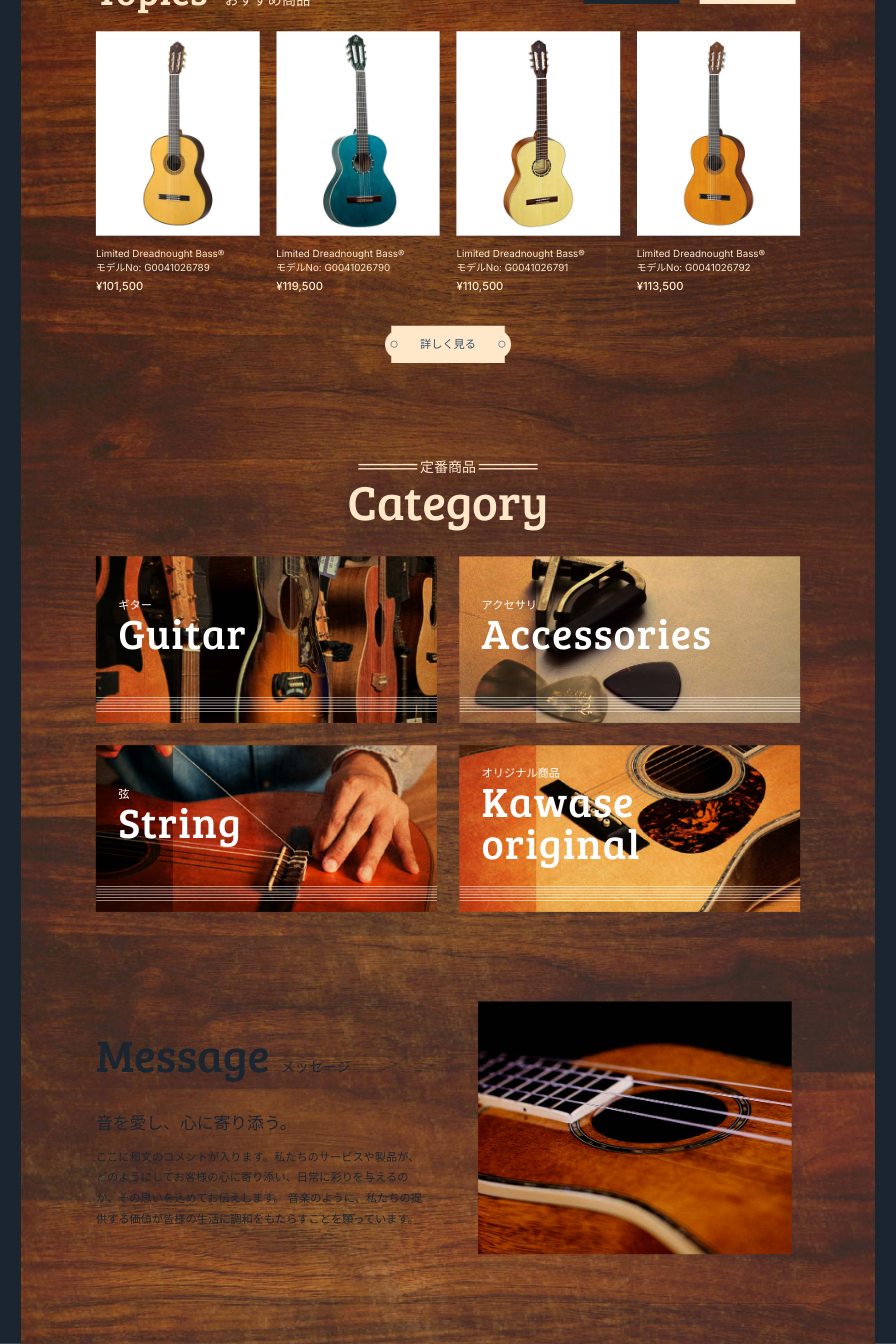
Repository: hyms035k/-----
Page: index.html
The author's editor kept a copy of each file at every save. The page is drawn from the files as they stood at one save, then again after the next save.
The browser window is 1280 px wide. The pictures show the part of the page from y = 1514 to 3434 px (the page is 3434 px tall), at 70% of full size.
Some web fonts or font styles are not loaded; a fallback is used. Some web libraries are served in a nearby version. The style sheet was rebuilt from its Sass, Less or Tailwind sources for each picture, by a compiler version that may differ from the author's.

Above is the page before, as saved 2025-06-05 16:56:01.

After the next save:
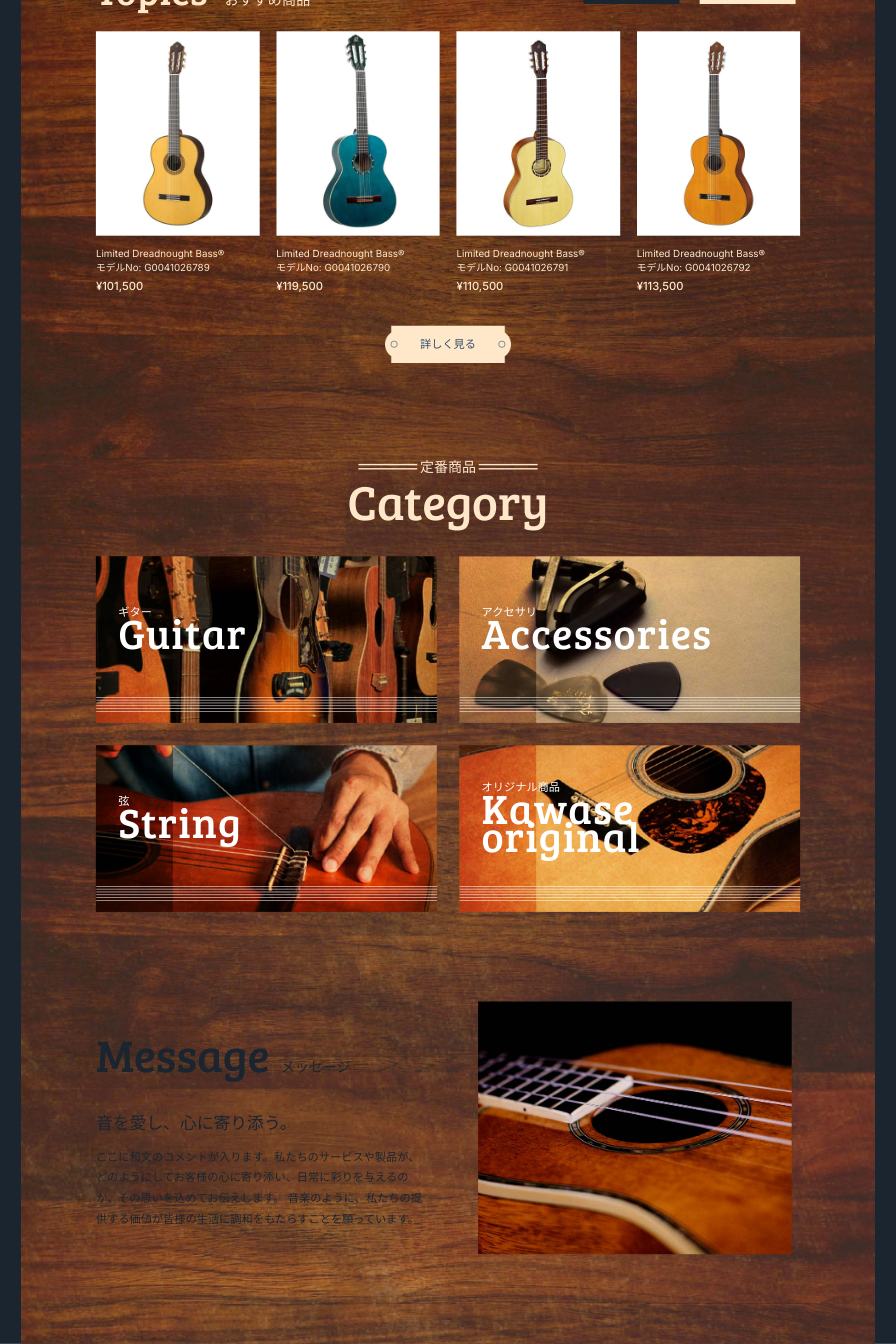
Saved 45 s later.
--- a/index.html
+++ b/index.html
@@ -55,7 +55,7 @@
                 @apply block font-medium leading-tight;
             }
             .category-banner > .banner-label > span > .font-serif {
-                @apply block text-3xl lg:text-[60px] leading-none tracking-wide;
+                @apply block text-3xl lg:text-4xl xl:text-[60px] leading-none tracking-wide;
             }
             .category-banner > .banner-line-6 {
                 @apply absolute block bottom-4 left-1/2 w-full -translate-x-1/2 flex flex-col gap-[3px] z-20;

After the save that followed:
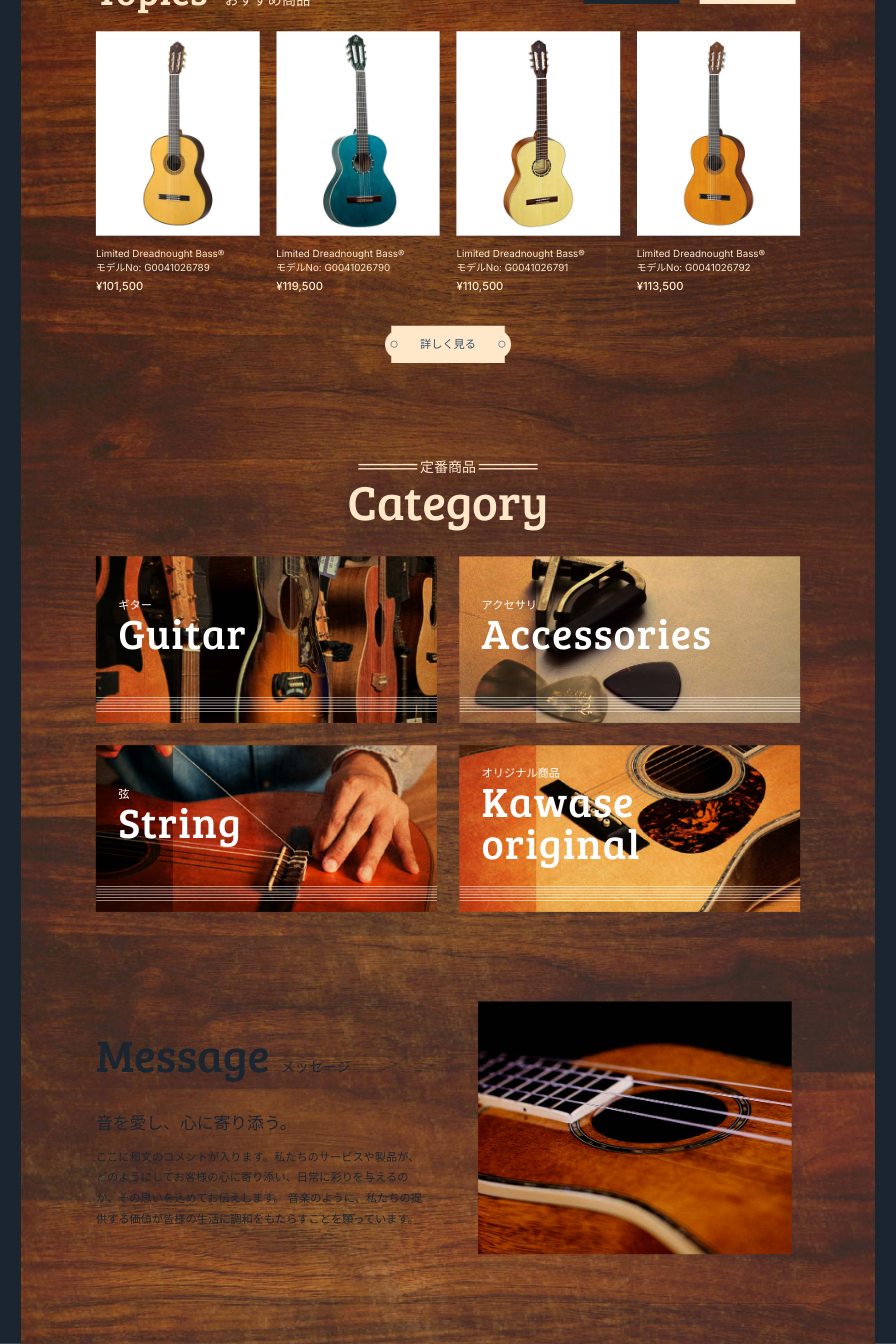
Saved 8 s later.
--- a/index.html
+++ b/index.html
@@ -55,7 +55,7 @@
                 @apply block font-medium leading-tight;
             }
             .category-banner > .banner-label > span > .font-serif {
-                @apply block text-3xl lg:text-4xl xl:text-[60px] leading-none tracking-wide;
+                @apply block text-3xl lg:text-5xl xl:text-[60px] leading-none tracking-wide;
             }
             .category-banner > .banner-line-6 {
                 @apply absolute block bottom-4 left-1/2 w-full -translate-x-1/2 flex flex-col gap-[3px] z-20;
